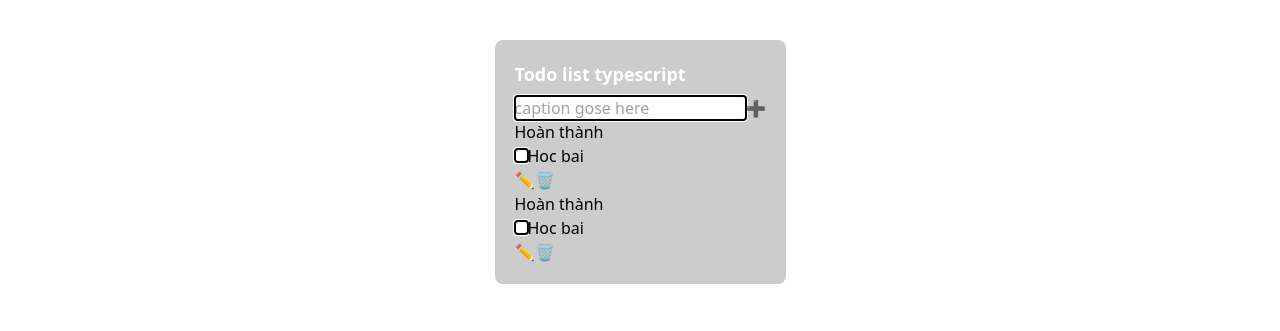
Repository: VIET-TU/react-super-main
Page: / (app in todolist-mybuild/)
These files come from the project's save history. The page is drawn as it stood at one moment and after the next save; the edit follows.
The browser window is 1280 px wide. The pictures show the whole page.
The project was rebuilt for these pictures with package versions that can differ from the ones it lists, and the page was loaded fresh each time. Also part of the build but not shown: todolist-mybuild/vite.config.ts.

Above is the page before, as saved 2023-05-16 06:49:36.

After the next save:
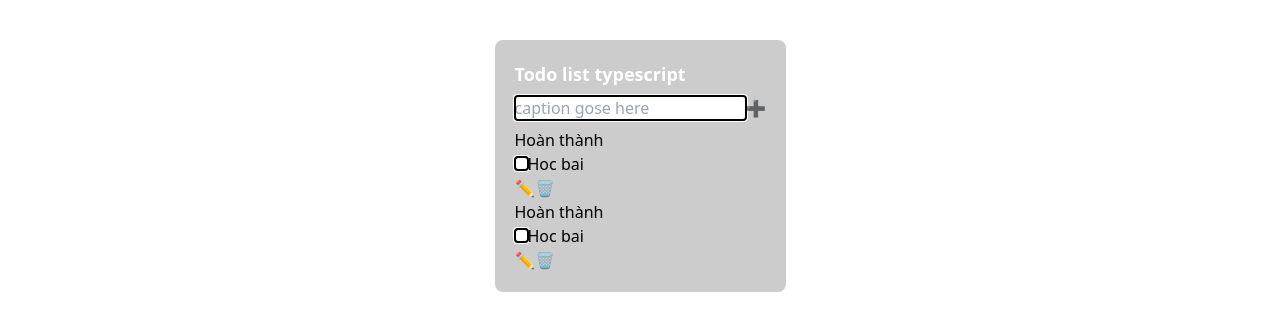
Saved 12 s later.
--- a/todolist-mybuild/src/components/TaskInput/TaskInput.tsx
+++ b/todolist-mybuild/src/components/TaskInput/TaskInput.tsx
@@ -2,7 +2,7 @@ import React from 'react'
 
 const TaskInput = () => {
   return (
-    <div className=''>
+    <div className='mb-2'>
       <h1 className='mb-2 text-lg font-bold text-white'>Todo list typescript</h1>
       <form placeholder='enter your text'>
         <input type='text' placeholder='caption gose here' />
